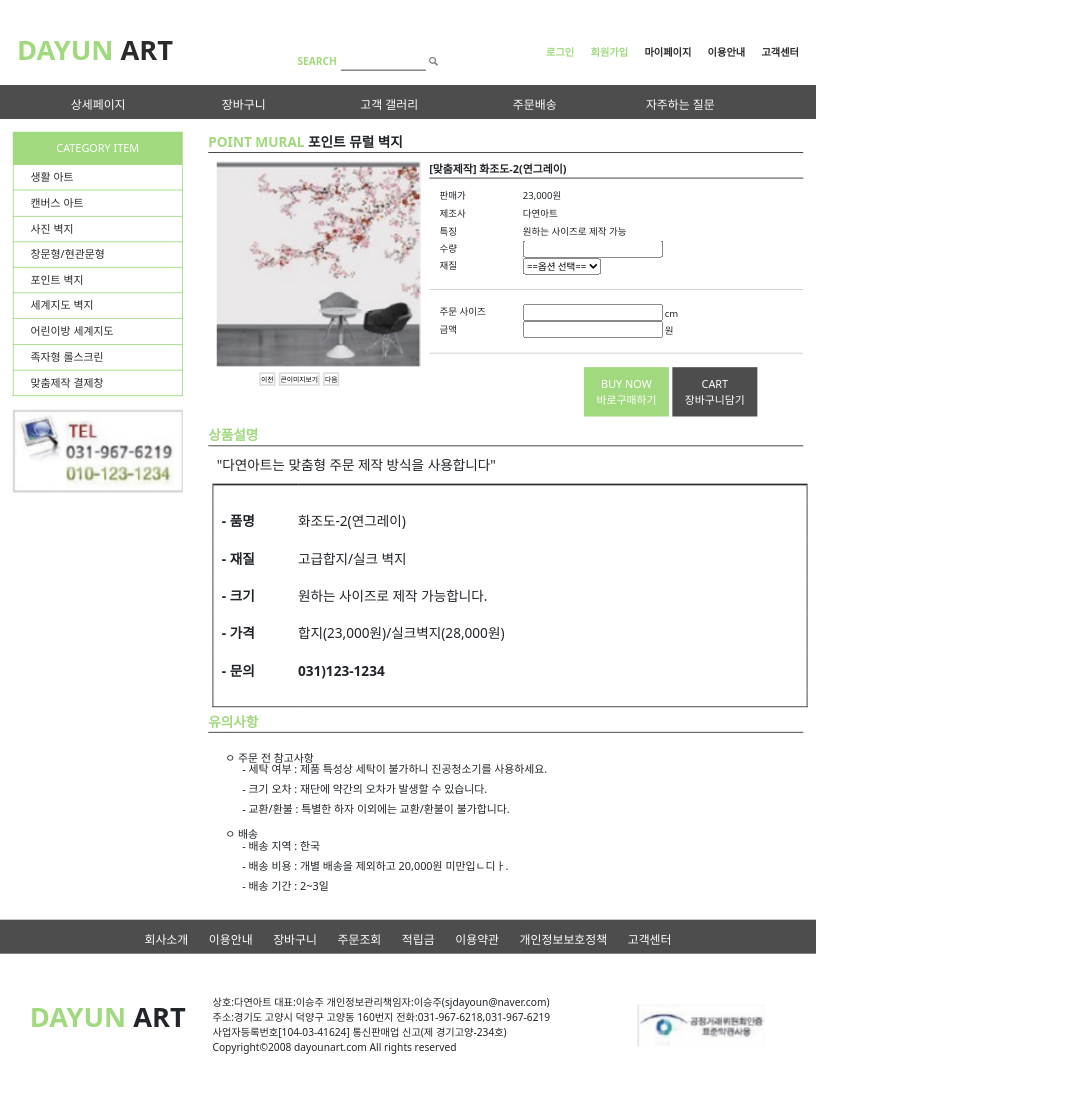
Repository: yeonddu/green_js
Page: pro01/public/bootstrap/product.html
The author's editor kept a copy of each file at every save. The page is drawn from the files as they stood at one save, then again after the next save.
The browser window is 1280 px wide. The pictures show the whole page, at 85% of full size.

Above is the page before, as saved 2022-12-27 07:33:59.

### pro01/public/bootstrap/product.html
<!DOCTYPE html>
<html lang="ko">
<head>
<meta charset="utf-8">
<meta name="viewport" content="width=device-width, initial-scale=1">
<link rel="stylesheet" href="dayun.css">
<link rel="stylesheet" href="product.css">
<link href="https://cdn.jsdelivr.net/npm/bootstrap@5.2.3/dist/css/bootstrap.min.css" rel="stylesheet">

<title>Insert title here</title>

</head>
<body>
 <header>
	 <div id="top">
	 	 	<div class="logo"><a href="#"><span class="brand">DAYUN</span> ART</a></div>
			<div id="search">
				<div id="search-title">SEARCH</div>
				<input id="search-input" type="search">
				<a href="#"><img src="images/glass.png"></a>
			</div>
			<div id="top-menu">
				<ul>
					<li><a class="brand" href="#">로그인</a></li>
					<li><a class="brand" href="#">회원가입</a></li>
					<li><a href="#">마이페이지</a></li>
					<li><a href="#">이용안내</a></li>
					<li><a href="#">고객센터</a></li>
				</ul>
			</div>
		 </div>
	 <div id="main-menu">
	 	<ul>
	 		<li><a href="#">상세페이지</a></li>
	 		<li><a href="#">장바구니</a></li>
	 		<li><a href="#">고객 갤러리</a></li>
	 		<li><a href="#">주문배송</a></li>
	 		<li><a href="#">자주하는 질문</a></li>
	 	</ul>
	 </div>
</header>
<section>
	<div id="cont-left">
		<div id="cate">
			<div id="cate-title">CATEGORY ITEM</div>
			<ul>
			<li><a href="#">생활 아트</a></li>
			<li><a href="#">캔버스 아트</a></li>
			<li><a href="#">사진 벽지</a></li>
			<li><a href="#">창문형/현관문형</a></li>
			<li><a href="#">포인트 벽지</a></li>
			<li><a href="#">세계지도 벽지</a></li>
			<li><a href="#">어린이방 세계지도</a></li>
			<li><a href="#">족자형 롤스크린</a></li>
			<li><a href="#">맞춤제작 결제창</a></li>
			</ul>
		</div>

		<div id="tel">
			<img src="images/tel.png" alt="tel">
		</div>
	</div>
	<div id="cont-right">
		<div id="product">
			<div id="box1" >
				<div class="product-title"><span class="brand">POINT MURAL</span> 포인트 뮤럴 벽지</div>
				<div id="box1-left">
					<img src="images/product.png">
					<div id="img-btn">
						<button>이전</button>
						<button>큰이미지보기</button>
						<button>다음</button>
					</div>
				</div>
				<div id="box1-right">
					<div  class="product-title">[맞춤제작] 화조도-2(연그레이)</div>
					<table>
						<tr>
							<td>판매가</td>
							<td>23,000원</td>
						</tr>
						<tr>
							<td>제조사</td>
							<td>다연아트</td>
						</tr>
						<tr>
							<td>특징</td>
							<td>원하는 사이즈로 제작 가능</td>
						</tr>
						<tr>
							<td>수량</td>
							<td><input type="text"></td>
						</tr>
						<tr>
							<td>재질</td>
							<td><select>
								<option selected>==옵션 선택==</option>
								<option>옵션 1</option>
								<option>옵션 2</option>
								<option>옵션 3</option>
							</select></td>
						</tr>
					</table>
					<hr>
					<table>
						<tr>
							<td>주문 사이즈</td>
							<td><input type="text">cm</td>
						</tr>
						<tr>
							<td>금액</td>
							<td><input type="text">원</td>
						</tr>
					</table>
					<hr>
					<div id="box1-btn1"><a href="#">BUY NOW<br>바로구매하기</a></div>
					<div id="box1-btn2"><a href="#">CART<br>장바구니담기</a></div>

				</div>
			</div>
			<div id="box2" >
				<div class="product-title"><span class="brand">상품설명</span></div>
				<div>
					<div id="box2-title">"다연아트는 맞춤형 주문 제작 방식을 사용합니다"</div>
					<table>
						<tr>
							<td></td>
						</tr>
						<tr>
							<td>- 품명</td>
							<td>화조도-2(연그레이)</td>
						</tr>
						<tr>
							<td>- 재질</td>
							<td>고급합지/실크 벽지</td>
						</tr>
						<tr>
							<td>- 크기</td>
							<td>원하는 사이즈로 제작 가능합니다.</td>
						</tr>
						<tr>
							<td>- 가격</td>
							<td>합지(23,000원)/실크벽지(28,000원)</td>
						</tr>
						<tr>
							<td>- 문의</td>
							<td><b>031)123-1234</b></td>
						</tr>
						<tr>
							<td></td>
						</tr>
					</table>
				</div>
			</div>
			<div id="box3" >
				<div class="product-title"><span class="brand">유의사항</span></div>
				<div id="box3-content">
					<div>ㅇ 주문 전 참고사항</div>
						<p>- 세탁 여부 : 제품 특성상 세탁이 불가하니 진공청소기를 사용하세요.</p>
						<p>- 크기 오차 : 재단에 약간의 오차가 발생할 수 있습니다.</p>
						<p>- 교환/환불 : 특별한 하자 이외에는 교환/환불이 불가합니다.</p>
					<div>ㅇ 배송</div>
						<p>- 배송 지역 : 한국</p>
						<p>- 배송 비용 : 개별 배송을 제외하고 20,000원 미만입ㄴ디ㅏ.</p>
						<p>- 배송 기간 : 2~3일</p>
				</div>
			</div>
		</div>
	</div>
		<div id="bottom-menu">
	 	<ul>
	 		<li><a href="#">회사소개</a></li>
	 		<li><a href="#">이용안내</a></li>
	 		<li><a href="#">장바구니</a></li>
	 		<li><a href="#">주문조회</a></li>
	 		<li><a href="#">적립금</a></li>
	 		<li><a href="#">이용약관</a></li>
	 		<li><a href="#">개인정보보호정책</a></li>
	 		<li><a href="#">고객센터</a></li>
	 	</ul>
	 </div>
</section>
<footer>
	<div class="logo"><span class="brand">DAYUN</span> ART</div>
	<div id="item2">상호:다연아트 대표:이승주 개인정보관리책임자:이승주(sjdayoun@naver.com)<br>
		주소:경기도 고양시 덕양구 고양동 160번지 전화:031-967-6218,031-967-6219<br>
		사업자등록번호[104-03-41624] 통신판매업 신고(제 경기고양-234호)<br>
		Copyright©2008 dayounart.com All rights reserved
	</div>
	<img src="images/certi.png" alt="공정거래위원회인증표준약관사용">
</footer>
</body>
</html>

### pro01/public/bootstrap/dayun.css
@charset "EUC-KR";

* {
	margin:0;
	padding:0;
}

body {
	background:#F0F0F0;
	width:960px;
}
.brand {
	color:#A0D97E;
}

header a {
	text-decoration:none;
	color:#2B2B2B;
}
header #top {
	height:100px;
	position:relative;
}
header .logo {
	font-size:2em;
	position:relative;
	top:35px;
	left:20px;
	font-weight:bold;
}

header #search {
	position:relative;
	top:10px;
	left:350px;
	display:block;
	float:left;
	color:#A0D97E;
}

header #search-title {
	display:inline-block;
	font-size:12px;
	font-weight:bold;
}

header #search-input {
	border:none;
	border-bottom:1px solid #2B2B2B;
	background:none;
	width:100px;
}

header #top-menu {
	position:relative;
	float:right;
	margin: 0 10px;
}
header #top-menu ul li{
	display:inline-block;
	font-size:12px;
	margin-right:5px;
	padding:5px;
	font-weight:bold;
}

header #main-menu {
	height:40px;
	background:#4D4D4D;
	justify-content:center;
}

header #main-menu ul li {
	list-style:none;
	display:inline-block;
	width:18%;
	padding:10px;
	text-align:center;

}
header #main-menu a {
	color:white;
	font-size:14px;
}

section #bottom-menu {
	position:relative;
	clear:both;
	height:40px;
	background:#4D4D4D;

}

#bottom-menu ul {
	padding:10px;
	text-align:center;
}

section #bottom-menu ul li {
	display:inline-block;
	list-style:none;

}
section #bottom-menu a {
	color:white;
	text-decoration:none;
	font-size:14px;
	padding:10px;
}

footer .logo {
	font-size:2em;
	position:relative;
	top:50px;
	left:35px;
	font-weight:bold;
}

footer #item2 {
	position:relative;
	top:0px;
	left:250px;
	font-size:12px;
}

footer img {
	position:relative;
	left:750px;
	top:-60px;
	width:150px;
}

### pro01/public/bootstrap/product.css
@charset "EUC-KR";

section #cont-left {
	float:left;
	margin:10px;
	padding:5px;
}

section #cate #cate-title {
	background:#A0D97E;
	color:white;
	width:200px;
	margin:0;
	padding:10px 5px;
}

section #cate-title {
	text-align:center;
	font-size:0.8em;
}

section #cate ul {
	padding:0;
}
section #cate li {
	border :1px solid #A0D97E;
	border-top:none;
	list-style:none;
	width:200px;
	padding:5px 5px 5px 20px;
	font-size:0.8em;
}

section #cate a {
	text-decoration:none;
	color:#2B2B2B;
}

section #tel img {
	width:200px;
}
section #cont-right {
	float:left;
	margin:10px;
	padding:5px;
}

section #product {
	width:700px;

}
section .product-title {
	font-weight:bold;
	border-bottom: 1px solid #2B2B2B;
}

#box1-left {
	float:left;
	margin:10px;
}

#box1-left img {
	width:240px;
}
#box1-left #img-btn {
	position:relative;
	left:50px;
}

#box1-left button {
	background:white;
	border:2px solid #ddd;
	font-size:0.5em;
}

#box1-right {
	float:left;
	margin:10px 0;
	width:440px;
}

#box1-right .product-title {
	font-size:0.8em;
}
#box1-right table {
	margin:10px;
	font-size:0.7em;
}

#box1-right table td:first-child {
	width:100px;
	padding:2px;
}

#box1-right table input {
	height:20px;
	margin-right:2px;
}

#box1 #box1-btn1, #box1-btn2 {
	width:100px;
	padding:10px;
	margin:0 2px;
	float:left;
	font-size:0.8em;
	position:relative;
	left:180px;
	text-align:center;

}
#box1 #box1-btn1 a , #box1-btn2 a {
	color:white;
	text-decoration:none;
}
#box1 #box1-btn1 {
	background:#A0D97E;
}
#box1 #box1-btn2 {
	background:#A0D97E;
	background:#4D4D4D;
}

#box2 {
	clear:both;
}

#box2 #box2-title {
	margin:10px;
}
#box2 table {
	border:1px solid #2B2B2B;
	border-top:2px solid #2B2B2B;
	margin:5px;
	width:700px;
}

#box2 table td:first-child {
	width:100px;
	padding:10px;
	font-weight:bold;
}

#box3 #box3-content {
	margin:20px;
	font-size:0.8em;
}

#box3 #box3-content div {
	font-size:1em;
}

#box3 #box3-content p {
	text-indent:20px;
	line-height:0.6;
}

section #bottom-menu {
	position:relative;
	clear:both;
	height:40px;
	background:#4D4D4D;

}

After the next save:
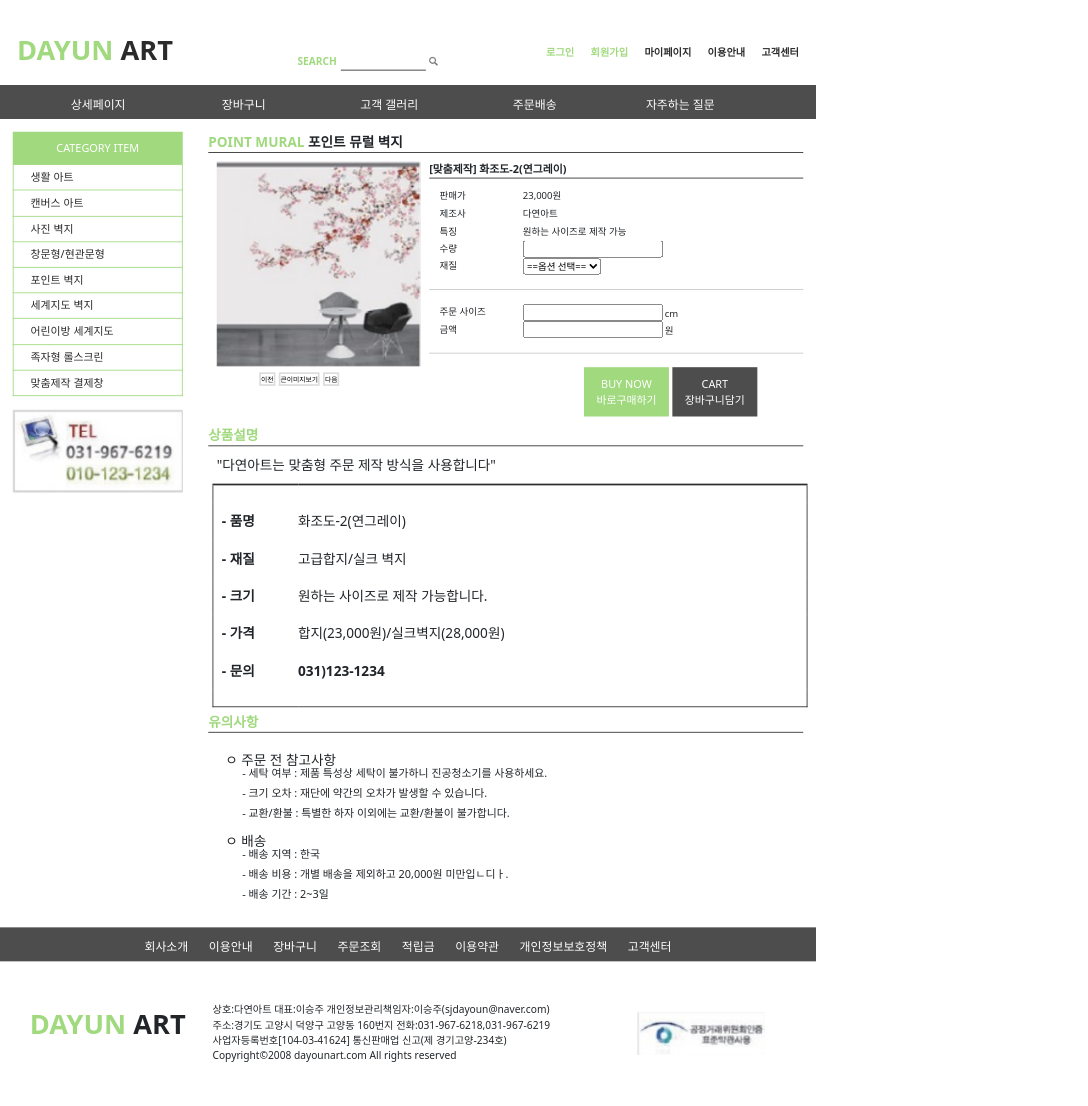
Saved 9 s later.
--- a/pro01/public/bootstrap/product.css
+++ b/pro01/public/bootstrap/product.css
@@ -142,7 +142,7 @@ section .product-title {
 
 #box3 #box3-content {
 	margin:20px;
-	font-size:0.8em;
+
 }
 
 #box3 #box3-content div {
@@ -152,6 +152,7 @@ section .product-title {
 #box3 #box3-content p {
 	text-indent:20px;
 	line-height:0.6;
+		font-size:0.8em;
 }
 
 section #bottom-menu {
